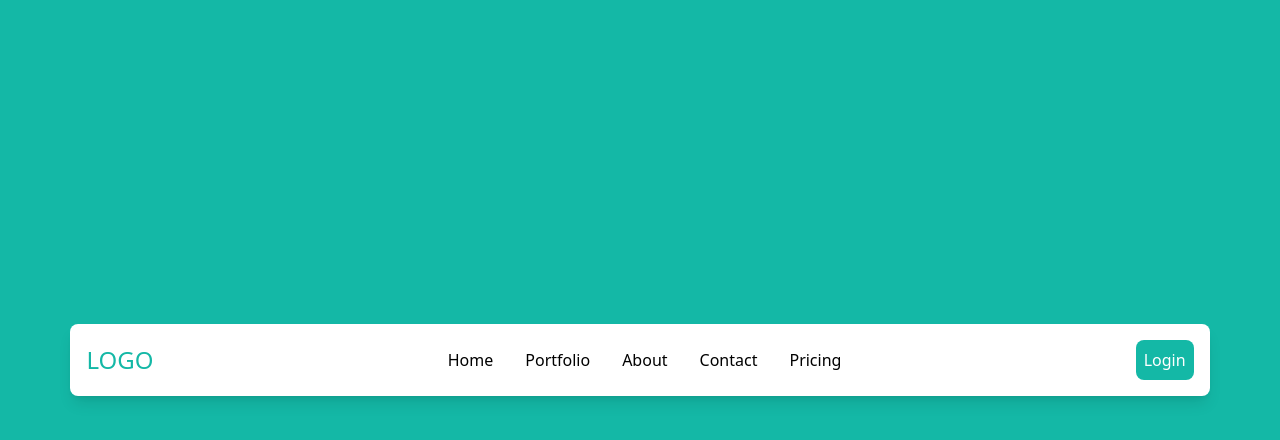
Repository: DevAntonioRogers/react-modal-with-dialog
Page: /
These files come from the project's save history. The page is drawn as it stood at one moment and after the next save; the edit follows.
The browser window is 1280 px wide. The pictures show the whole page.
The project was rebuilt for these pictures with package versions that can differ from the ones it lists, and the page was loaded fresh each time. Also part of the build but not shown: vite.config.ts.

Above is the page before, as saved 2023-05-10 08:47:48.

### src/App.tsx
function App() {
  return (
    <div className="flex items-center justify-center w-screen h-screen bg-teal-500">
      <nav className="flex justify-between items-center p-4 w-[89%] bg-white m-auto rounded-lg shadow-lg">
        <div>
          <h1 className="text-2xl text-teal-500">LOGO</h1>
        </div>

        <ul className="flex items-center gap-8">
          <li>
            <a href="#">Home</a>
          </li>
          <li>
            <a href="#">Portfolio</a>
          </li>
          <li>
            <a href="#">About</a>
          </li>
          <li>
            <a href="#">Contact</a>
          </li>
          <li>
            <a href="#">Pricing</a>
          </li>
        </ul>

        <div>
          <button className="p-2 bg-teal-500 text-white rounded-lg">Login</button>
        </div>
      </nav>
    </div>
  );
}

export default App;

Loaded but not shown: index.html (common file); src/main.tsx (common file); src/index.css (common file); tailwind.config.js (common file)

After the next save:
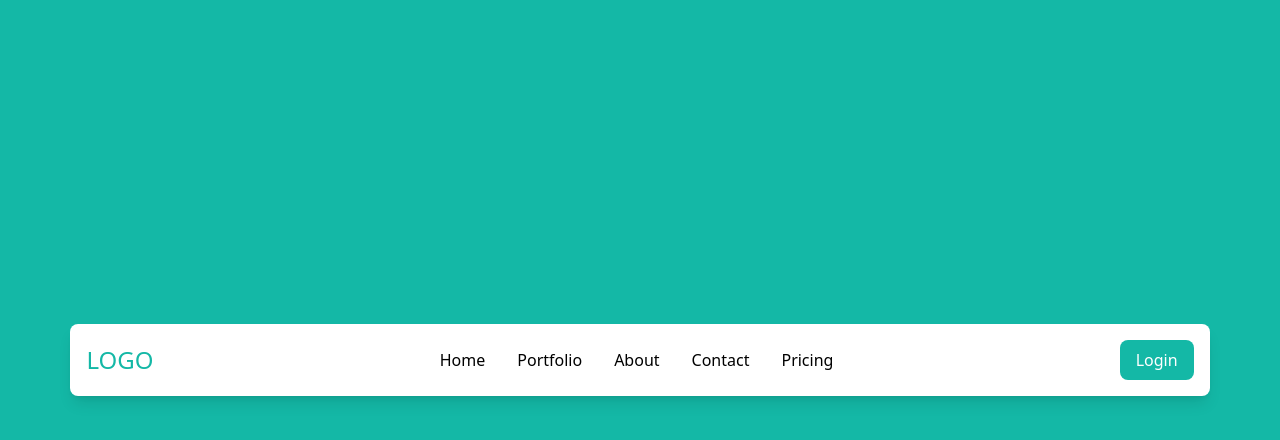
Saved 26 s later.
--- a/src/App.tsx
+++ b/src/App.tsx
@@ -25,7 +25,7 @@ function App() {
         </ul>
 
         <div>
-          <button className="p-2 bg-teal-500 text-white rounded-lg">Login</button>
+          <button className="px-4 py-2 bg-teal-500 text-white rounded-lg">Login</button>
         </div>
       </nav>
     </div>
